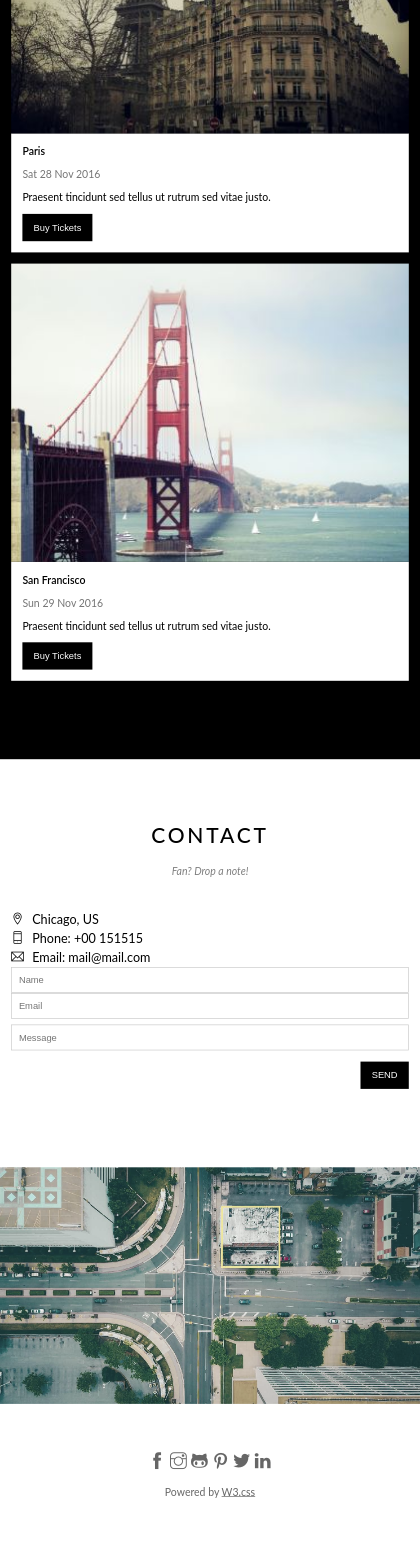
Repository: tatvanhco/web-dau-tay
Page: index.html
These files come from the project's save history. The page is drawn as it stood at one moment and after the next save; the edit follows.
The browser window is 600 px wide. The pictures show the part of the page from y = 3291 to 5531 px (the page is 5515 px tall before and 5531 px after), at 70% of full size.

Above is the page before, as saved 2022-01-24 22:14:58.

### index.html
<!DOCTYPE html>
<html lang="en">
<head>
    <meta charset="UTF-8">
    <!-- <meta http-equiv="X-UA-Compatible" content="IE=edge"> -->
    <meta name="viewport" content="width=device-width, initial-scale=1.0">
    <title>the band</title>
    <link rel="shortcut icon" href="./assets/img/band/logo.png" type="image/x-icon">
    <link rel="stylesheet" href="./assets/fronts/themify-icons/themify-icons.css">
    <link rel="stylesheet" href="./assets/css/style.css">
    <link rel="stylesheet" href="./assets/css/responsive.css">
</head>
<body>
    <div id="main">
        <div id="header">
            <ul id="nav">
                <li><a href="#">home</a></li>
                <li><a href="#band">band</a></li>
                <li><a href="#tour">tour</a></li>
                <li><a href="#contact">contact</a></li>
                <li>
                    <a href="#">more
                        <i class="drop-down ti-angle-down"></i>
                    </a>
                    <div class="subnav">
                        <ul>
                            <li><a href="#">Merchandise</a></li>
                            <li><a href="#">Extras</a></li>
                            <li><a href="#">Media</a></li>
                        </ul>
                    </div>
                </li>
            </ul>
            <div class="search-btn">
                <i class="search-icon ti-search"></i>
            </div>

            <div id="mobile-menu" class="menu-mobile">
                <i class="menu-icon ti-menu"></i>
            </div>
        </div>
        <div id="slide">
            <div class="text-content">
                <h2 class="text-heading">Chicago</h2>
                <div class="text-desc">Thank you, Chicago - A night we won't forget.</div>
            </div>
        </div>
        <div id="content">
            <div id="band" class="content-section">
                <h2 class="section-heading">THE BAND</h2>
                <p class="section-sub-heading">We love music</p>
                <p class="about">
                    We have created a fictional band website. Lorem ipsum dolor sit amet, consectetur adipiscing elit, sed do eiusmod tempor incididunt ut labore et dolore magna aliqua. Ut enim ad minim veniam, quis nostrud exercitation ullamco laboris nisi ut aliquip ex ea commodo consequat. Duis aute irure dolor in reprehenderit in voluptate velit esse cillum dolore eu fugiat nulla pariatur. Excepteur sint occaecat cupidatat non proident, sunt in culpa qui officia deserunt mollit anim id est laborum consectetur adipiscing elit, sed do eiusmod tempor incididunt ut labore et dolore magna aliqua. Ut enim ad minim veniam, quis nostrud exercitation ullamco laboris nisi ut aliquip ex ea commodo consequat.
                </p>
                <div class="row team">
                    <div class="col col-3 s-col-full mt-16 text-center">
                        <p class="team-name">Name</p>
                        <img src="./assets/img/band/member.jpg" class="team-img">
                    </div>

                    <div class="col col-3 s-col-full mt-16 text-center">
                        <p class="team-name">Name</p>
                        <img src="./assets/img/band/member.jpg" class="team-img">
                    </div>

                    <div class="col col-3 s-col-full mt-16 text-center">
                        <p class="team-name">Name</p>
                        <img src="./assets/img/band/member.jpg" class="team-img">
                    </div>
                </div>
            </div>

            <div id="tour" class="tour-section">
                <div class="content-section">
                    <h2 class="text-white section-heading">TOUR DATES</h2>
                    <p class="text-white section-sub-heading">Remember to book your tickets!</p>
                    <ul class="ticket-list">
                        <li>September<span class="soldout">Sold out</span></li>
                        <li>October<span class="soldout">Sold out</span></li>
                        <li>November<span class="quatity">3</span></li>
                    </ul>
                    <div class="row place-list">
                        <div class="col col-3 s-col-full mt-16">
                            <img src="./assets/img/places/place1.jpg" class="place-img">
                            <div class="place-body">
                                <h3 class="place-heading">New York</h3>
                                <p class="place-time">Fri 27 Nov 2016</p>
                                <p class="place-desc">Praesent tincidunt sed tellus ut rutrum sed vitae justo.</p>
                                <button class="btn js-buy-ticket">Buy Tickets</button>
                            </div>
                        </div>
                        <div class="col col-3 s-col-full mt-16">
                            <img src="./assets/img/places/place2.jpg" class="place-img">
                            <div class="place-body">
                                <h3 class="place-heading">Paris</h3>
                                <p class="place-time">Sat 28 Nov 2016</p>
                                <p class="place-desc">Praesent tincidunt sed tellus ut rutrum sed vitae justo.</p>
                                <button class="btn js-buy-ticket">Buy Tickets</button>
                            </div>
                        </div>
                        <div class="col col-3 s-col-full mt-16">
                            <img src="./assets/img/places/place3.jpg" class="place-img">
                            <div class="place-body">
                                <h3 class="place-heading">San Francisco</h3>
                                <p class="place-time">Sun 29 Nov 2016</p>
                                <p class="place-desc">Praesent tincidunt sed tellus ut rutrum sed vitae justo.</p>
                                <button class="btn js-buy-ticket">Buy Tickets</button>
                            </div>
                        </div>
                    </div>
                </div>
            </div>

            <div id="contact" class="content-section">
                <h2 class="section-heading">CONTACT</h2>
                <p class="section-sub-heading">Fan? Drop a note!</p>
                <div class="row contact-content">
                    <div class="col col-2 s-col-full contact-info">
                        <p><i class="ti-location-pin"></i>Chicago, US</p>
                        <p><i class="ti-mobile"></i>Phone: +00 151515</p>
                        <p><i class="ti-email"></i>Email: mail@mail.com</p>
                    </div>
                    <div class="col col-2 s-col-full contact-form">
                        <form action="">
                            <div class="row">
                                <div class="col col-2 s-col-full">
                                    <input type="text" placeholder="Name" required class="form-control">
                                </div>
                                <div class="col col-2 s-col-full">
                                    <input type="email" placeholder="Email" required class="form-control">
                                </div>
                            </div>
                            <div class="row mt-8">
                                <div class="col col-full">
                                    <input type="text" placeholder="Message" required class="form-control">
                                </div>
                            </div>
                            <input class="btn pull-right mt-16" type="submit" value="SEND">
                        </form>
                    </div>
                </div>
            </div>

            <div class="map-section">
                <img src="./assets/img/places/map.jpg" alt="map">
            </div>
        </div>

        <div id="footer">
            <div class="end-list">
                <a href=""><i class="ti-facebook"></i></a>
                <a href=""><i class="ti-instagram"></i></a>
                <a href=""><i class="ti-github"></i></a>
                <a href=""><i class="ti-pinterest"></i></a>
                <a href=""><i class="ti-twitter-alt"></i></a>
                <a href=""><i class="ti-linkedin"></i></a>
            </div>
            <p class="copy-right">Powered by <a href="https://www.w3schools.com/w3css/default.asp">W3.css</a></p>
        </div>
    </div>

    <div class="modal js-modal">
        <div class="modal-container js-modal-container">
            <header class="modal-header">
                <i class="ti-bag"></i>
                Tickets
            </header>
            <div class="close-btn js-modal-close">
                <i class="ti-close"></i>
            </div>
            <div class="modal-body">
                <label for="how-many" class="modal-label">
                    <i class="ti-shopping-cart"></i>
                    Tickets, $15 per person
                </label>
                <input type="text" placeholder="How many?" required id="how-many" class="modal-input">

                <label for="enter-email" class="modal-label">
                    <i class="ti-user"></i>
                    Send To
                </label>
                <input type="email" placeholder="Enter email" required id="enter-email" class="modal-input">

                <button class="buy-titkets">
                    Pay <i class="ti-check"></i>
                </button>
            </div>
            <footer class="modal-footer">
                <p class="modal-help">Need <a href="#">help?</a> </p>
            </footer>
        </div>
    </div>

    <script>
        const buyBtns = document.querySelectorAll('.js-buy-ticket')
        const modal = document.querySelector('.js-modal')
        const modalContainer = document.querySelector('.js-modal-container')
        const modalClose = document.querySelector('.js-modal-close')

        // hàm hiển thị modal mua vé (thêm class open vào modal)
        function showBuytickets() {
            modal.classList.add('open')
        }

        // hàm ẩn modal mua vé (xóa class open ra khỏi modal)
        function hidenBuytickets() {
            modal.classList.remove('open')
        }

        // lặp qua từng thẻ button và lắng nghe hành vi click
        for (const buyBtn of buyBtns) {
            buyBtn.addEventListener('click', showBuytickets)
        }

        // nghe hành vi click  vào button close
        modalClose.addEventListener('click', hidenBuytickets)

        modal.addEventListener('click', hidenBuytickets)

        modalContainer.addEventListener('click', function (event) {
            event.stopPropagation()
        })
    </script>

    <script>
        var header = document.getElementById('header');
        var mobileMenu = document.getElementById('mobile-menu');
        var headerHeight = header.clientHeight;

        //  đóng mở menu mobile
        mobileMenu.onclick = function () {
            var isClose = header.clientHeight === headerHeight;
            if (isClose) {
                header.style.height = 'auto';
            }else {
                header.style.height = null;
            }
        }

        // tự động đóng khi chọn menu
        var menuItems = document.querySelectorAll('#nav li a[href*="#"]');

        for (var i = 0; i < menuItems.length; i++) {
           var menuItem = menuItems[i];

           menuItem.onclick = function(event) {
                var isParentMenu = this.nextElementSibling && this.nextElementSibling.classList.contains('subnav');
                if (isParentMenu){
                    event.preventDefault();
                }else {
                    header.style.height = null;
                }
           }
        }
    </script>
</body>
</html>

### assets/css/style.css
/* reset trang */
* {
    margin: 0;
    padding: 0;
    box-sizing: border-box;
}

html {
    scroll-behavior: smooth;
    font-family: "Lato", sans-serif;
}
/* dùng chung */
.clear {
    clear: both;
}

.text-white {
    color: #fff !important;
}

.text-center {
    text-align: center;
}

.pull-right {
    float: right !important;
}

.btn {
    color: #fff;
    background-color: #000;
    text-decoration: none;
    padding: 12px 16px;
    margin-top: 15px;
    display: inline-block;
    border: none;
}

.btn:hover {
    color: #000;
    background-color: #ccc;
    cursor: pointer;
}


.row {
    margin-left: -8px;
    margin-right: -8px;
}

.row::after {
    content: "";
    display: block;
    clear: both;
}

.col {
    float: left;
    padding-left: 8px;
    padding-right: 8px;
}

.col-3 {
    width: 33.33333%;
}

.col-2 {
    width: 50%;
}

.col-full {
    width: 100%;
}

.mt-8 {
    margin-top: 8px !important;
}

.mt-16 {
    margin-top: 16px !important;
}
/* css từng thành phần */
#header {
    width: 100%;
    height: 46px;
    background-color: #000;
    position: fixed;
    top: 0;
    left: 0;
    right: 0;
    z-index: 1;
}

#header .menu-mobile {
    position: absolute;
    top: 0;
    right: 0;
    display: none;
}

#header .menu-mobile,
#header .search-btn {
    float: right;
    padding: 0 22px;
}

#header .search-btn:hover {
    cursor: pointer;
    background-color: #f44336;
}

#header .menu-mobile:hover {
    background-color: #ccc;
}

#header .menu-mobile:hover .menu-icon {
    color: #000;
}

#header .menu-icon,
#header .search-icon {
    color: #fff;
    font-size: 20px;
    line-height: 46px;
}

#nav {
    display: inline-block;
}

#nav > li {
    display: inline-block;
}

#nav li {
    position: relative;
    list-style-type: none;
}

#nav > li > a {
    color: #fff;
    text-transform: uppercase;
}

#nav li a {
    text-decoration: none;
    padding: 0 24px;
    line-height: 46px;
    display: block;

}

#nav li:hover .subnav {
    display: block;
}

#nav .subnav li:hover a,
#nav > li:hover > a {
    background-color: #ccc;
    color: #000;
}

#nav .subnav {
    display: none;
    min-width: 160px;
    position: absolute;
    top: 100%;
    left: 0;
    background-color: #fff;
    box-shadow: 0 0 10px rgba(0, 0, 0, 0.3);
}

#nav .subnav a {
    color: #000;
    padding: 0px 24px;
    line-height: 38px;
}

#slide {
    position: relative;
    margin-top: 46px;
    padding-top: 50%;
    background: url(/assets/img/slider/chicago.jpg) top center / cover no-repeat;
}

#slide .text-content {
    color: #fff;
    position: absolute;
    bottom: 47px;
    /* cách canh giữa
    left: 50%;
    transform: translateX(-50%); */
    width: 100%;
    text-align: center;
}

#slide .text-heading {
    font-weight: 500;
    font-size: 24px;
}

#slide .text-desc {
    font-weight: 600;
    margin-top: 25px;
    font-size: 15px;
}

#content {

}

#content .content-section {
    width: 800px;
    max-width: 100%;
    margin-left: auto;
    margin-right: auto;
    padding: 64px 0 112px;
    padding-left: 16px;
    padding-right: 16px;
}

#content .section-heading,
#content .section-sub-heading {
    text-align: center;
    margin: 25px 0;
}

#content .section-heading {
    font-size: 30px;
    font-weight: 500;
    letter-spacing: 4px;
}

#content .section-sub-heading {
    font-size: 15px;
    opacity: 0.5;
    font-style: italic;
}

#content .about {
    text-align: justify;
    line-height: 1.5;
}

#content .team {
    margin-top: 32px;
}

#content .team-name {
    margin: 15px 0;
}

#content .team-img {
    width: 60%;
    border-radius: 4px;
    text-align: center;
}

.tour-section {
    background-color: #000;
}

.ticket-list {
    background-color: #fff;
}

.ticket-list li {
    color: #757575;
    list-style-type: none;
    font-size: 15px;
    border: 1px solid #ddd;
    padding: 11px 16px;
}

.ticket-list .soldout {
    color: #fff;
    margin-left: 12px;
    padding: 5px 7px;
    background-color: #f44336;
}

.ticket-list .quatity {
    float: right;
    width: 24px;
    height: 24px;
    border-radius: 50%;
    background-color: #000;
    color: #fff;
    text-align: center;
    line-height: 24px;
    margin-top: -2px;
}

.place-list {
    margin-top: 16px;
}

.place-img {
    width: 100%;
    display: block;
}

.place-img:hover {
    opacity: 0.6;
}

.place-body {
    background-color: #fff;
    padding: 16px;
    font-size: 15px;
}

.place-heading {
    font-size: 15px;
    font-weight: 600;
}

.place-time {
    color: #757575;
    margin-top: 15px;
}

.place-desc {
    margin-top: 15px;
}

/* contact-form */
.contact-content {
    margin-top: 48px;

}

.contact-info {
    font-size: 18px;
    line-height: 1.5;
}

.contact-info i[class*="ti-"] {
    width: 30px;
    display: inline-block;
}

.contact-form {
    font-size: 15px;
}

.contact-form .form-control {
    padding: 10px;
    border: 1px solid #ccc;
    width: 100%;
}

.map-section img {
    width: 100%;
    filter: grayscale(50%);
}

#footer {
    padding: 64px 16px;
    text-align: center;
}

#footer .end-list {
    font-size: 24px;
}

#footer .end-list a {
    text-decoration: none;
    color: rgba(0, 0, 0, 0.6);
}

#footer .end-list a:hover {
    color: rgba(0, 0, 0, 0.8);
}

#footer .copy-right {
    font-size: 15px;
    margin: 20px;
    color: rgba(0, 0, 0, 0.6);
}

#footer .copy-right a {
    color: rgba(0, 0, 0, 0.6);
}

.modal {
    position: fixed;
    top: 0;
    bottom: 0;
    left: 0;
    right: 0;
    background-color: rgba(0, 0, 0, 0.4);
    align-items: center;
    justify-content: center;
    display: none;
}

.modal.open {
    display: flex;
}

header.modal-header {
    color: #fff;
    background-color: #009688;
    height: 130px;
    text-align: center;
    line-height: 130px;
    font-size: 30px;
    letter-spacing: 4px;
}

.modal-container {
    position: relative;
    background-color: #fff;
    width: 900px;
    min-height: 200px;
    max-width: calc(100% - 32px);
    animation: modalFadeIn ease 0.3s;
}

.close-btn {
    position: absolute;
    top: 0;
    right: 0;
    font-size: 20px;
    padding: 12px;
    cursor: pointer;
}

.close-btn:hover {
    background-color: #ccc;
    color: #000;
}

.modal-body {
    padding: 16px;
}

label.modal-label {
    display: block;
    font-size: 15px;
    margin-bottom: 12px;
}

input.modal-input {
    width: 100%;
    padding: 8px;
    border: 1px solid #ccc;
    margin-bottom: 24px;
}

button.buy-titkets {
    width: 100%;
    padding: 16px;
    background-color: #009688;
    border: none;
    font-size: 15px;
    font-weight: 00;
    color: #fff;
    cursor: pointer;
    text-transform: uppercase;
}

button.buy-titkets:hover {
    background-color: #ccc;
    color: #000;
}

p.modal-help {
    text-align: right;
    padding: 16px;
    font-size: 15px;
}

.modal-help a {
    color: #2196F3;
}

@keyframes modalFadeIn {
    from {
        transform: translateY(-140px);
    }
    to {
        transform: translateY(0);
    }
}

### assets/css/responsive.css
/*  giao diện PC */
@media (max-width: 1024px) {

}

/* giao diện tablet */
@media (min-width: 720px) and (max-width: 1024px) {

}

/* giao diện mobile */
@media (max-width: 723px) {
    .s-col-full {
        width: 100%;
    }

    #nav {
        display: block;
    }

    #nav li a {
        padding: 1px 24px;
    }

    #nav > li {
        display: block;
    }

    #nav .subnav {
        position: initial;
        background-color: #333;
    }

    #nav .subnav a {
        color: #fff;
        padding: 5px 35px;
    }

    #nav > li:first-child {
        display: inline-block;
    }

    #header {
        overflow: hidden;
    }

    #header .menu-mobile {
        display: block;
    }

    #header .search-btn {
        display: none;
    }

    #content .team {
        margin-top: 0;
    }

    #content .team-img {
        width: 60%;
    }
}

Loaded but not shown: assets/fronts/themify-icons/themify-icons.css (common file)

After the next save:
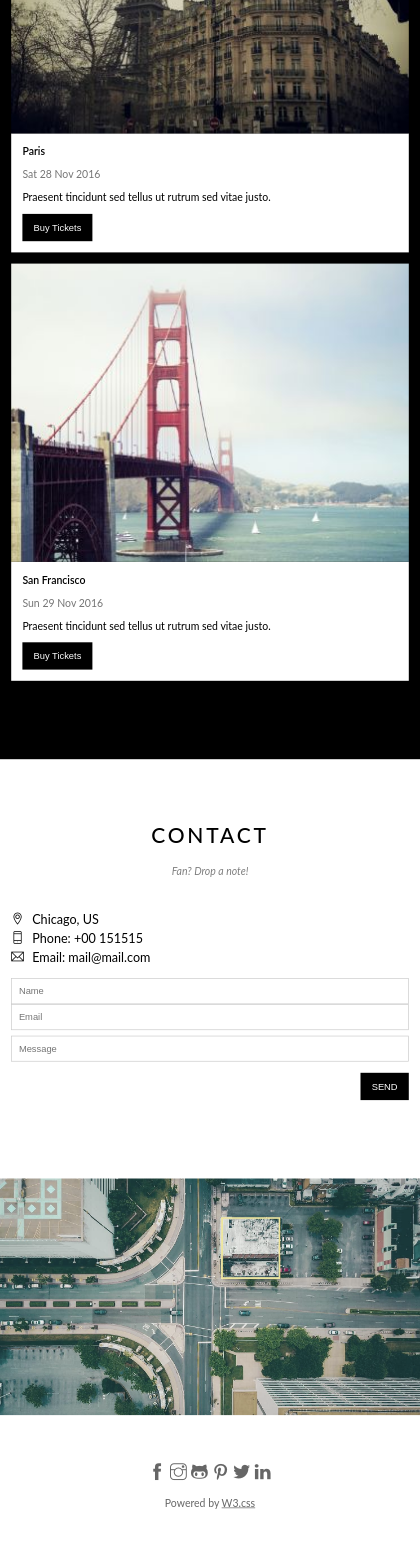
Saved 51 s later.
--- a/assets/css/responsive.css
+++ b/assets/css/responsive.css
@@ -59,4 +59,8 @@
     #content .team-img {
         width: 60%;
     }
+
+    .contact-form {
+        margin-top: 16px;
+    }
 }
